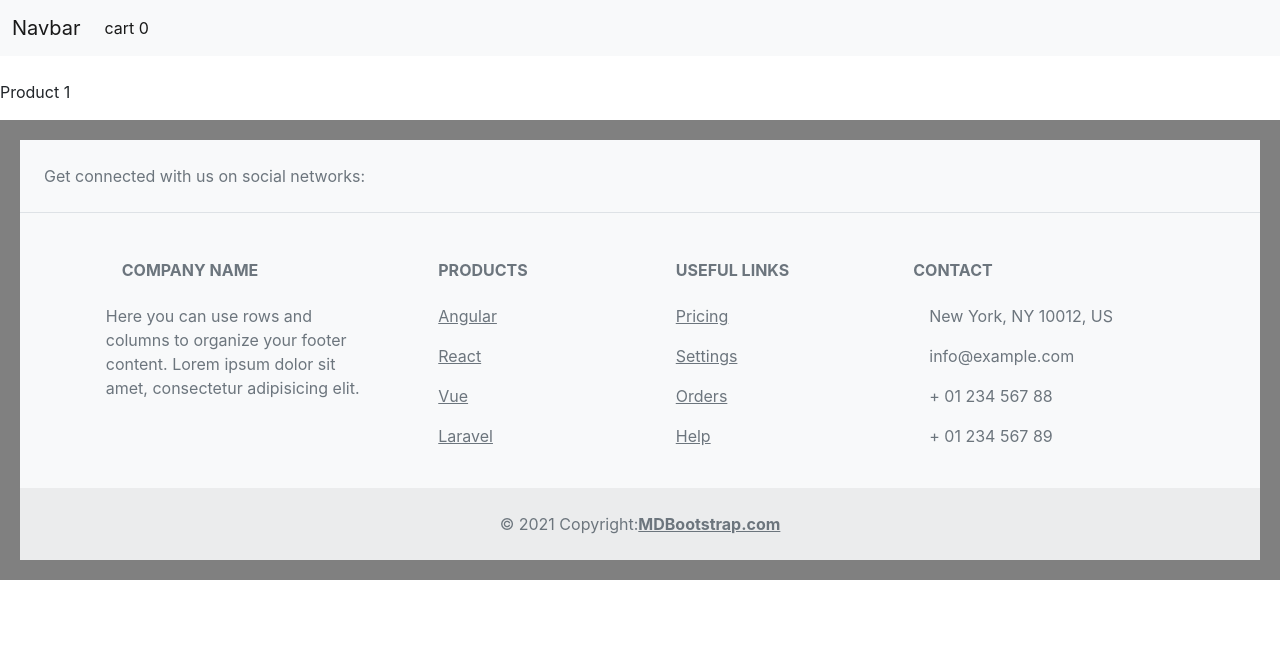
Repository: lausuarez02/eCommerceFull
Page: /#/Product (app in frontEnd/front/)
These files come from the project's save history. The page is drawn as it stood at one moment and after a run of saves; the edit follows.
The browser window is 1280 px wide. The pictures show the whole page.
The project was rebuilt for these pictures with package versions that can differ from the ones it lists, and the page was loaded fresh each time. Also part of the build but not shown: frontEnd/front/src/App.css, frontEnd/front/src/components/HomeScreen.js, frontEnd/front/src/components/Card.js.

Above is the page before, as saved 2021-07-15 20:01:23.

### frontEnd/front/public/index.html
<!DOCTYPE html>
<html lang="en">
  <head>
    <meta charset="utf-8" />
    <link rel="icon" href="%PUBLIC_URL%/favicon.ico" />
    <meta name="viewport" content="width=device-width, initial-scale=1" />
    <meta name="theme-color" content="#000000" />
    <meta
      name="description"
      content="Web site created using create-react-app"
    />
    <link rel="apple-touch-icon" href="%PUBLIC_URL%/logo192.png" />
    <!-- CSS only -->
<link href="https://cdn.jsdelivr.net/npm/bootstrap@5.0.2/dist/css/bootstrap.min.css" rel="stylesheet" integrity="sha384-EVSTQN3/azprG1Anm3QDgpJLIm9Nao0Yz1ztcQTwFspd3yD65VohhpuuCOmLASjC" crossorigin="anonymous">
<!-- JavaScript Bundle with Popper -->
<script src="https://cdn.jsdelivr.net/npm/bootstrap@5.0.2/dist/js/bootstrap.bundle.min.js" integrity="sha384-MrcW6ZMFYlzcLA8Nl+NtUVF0sA7MsXsP1UyJoMp4YLEuNSfAP+JcXn/tWtIaxVXM" crossorigin="anonymous"></script>

    <!--
      manifest.json provides metadata used when your web app is installed on a
      user's mobile device or desktop. See https://developers.google.com/web/fundamentals/web-app-manifest/
    -->
    <link rel="manifest" href="%PUBLIC_URL%/manifest.json" />
    <!--
      Notice the use of %PUBLIC_URL% in the tags above.
      It will be replaced with the URL of the `public` folder during the build.
      Only files inside the `public` folder can be referenced from the HTML.

      Unlike "/favicon.ico" or "favicon.ico", "%PUBLIC_URL%/favicon.ico" will
      work correctly both with client-side routing and a non-root public URL.
      Learn how to configure a non-root public URL by running `npm run build`.
    -->
    <title>Ecommerce</title>
  </head>
  <body>
    <noscript>You need to enable JavaScript to run this app.</noscript>
    <div id="root"></div>
    <!--
      This HTML file is a template.
      If you open it directly in the browser, you will see an empty page.

      You can add webfonts, meta tags, or analytics to this file.
      The build step will place the bundled scripts into the <body> tag.

      To begin the development, run `npm start` or `yarn start`.
      To create a production bundle, use `npm run build` or `yarn build`.
    -->
  </body>
</html>

### frontEnd/front/src/App.js

import './App.css';

import {HashRouter as Router, Switch, Route} from "react-router-dom"

//components
import NavBar from "./components/navBar";
import HomeScreen from "./components/HomeScreen";
import Product from "./components/Product";
import Card from "./components/Card";
import BottomBar from "./components/bottomBar";

function App() {
  return (
    <Router>
      <NavBar/>
    <Switch>
      <Route exact path="/" component={HomeScreen}/>
      <Route exact path="/Card" component={Card}/>
      <Route exact path="/Product" component={Product}/>

    </Switch>
    <BottomBar/>

     {/*HomeScreen */}
       {/*ProductScreen */}
         {/*CardScreen */}
 </Router>
  );
}

export default App;

### frontEnd/front/src/components/navBar.js
import React from "react";
import {Link} from "react-router-dom"

const NavBar = () => {
    return(
        <div>
            <nav class="navbar navbar-expand-lg navbar-light bg-light">
  <div class="container-fluid">
    <Link class="navbar-brand">Navbar</Link>
    <button class="navbar-toggler" type="button" data-bs-toggle="collapse" data-bs-target="#navbarNavDropdown" aria-controls="navbarNavDropdown" aria-expanded="false" aria-label="Toggle navigation">
      <span class="navbar-toggler-icon"></span>
    </button>
    <div class="collapse navbar-collapse" id="navbarNavDropdown">
      <ul class="navbar-nav">
        <li class="nav-item">
          <Link to="/cart" class="nav-link active" aria-current="page">

              cart
          <span className="cartLogo_badge"> 0</span>
          </Link>
        </li>
       {/* <li class="nav-item">
          <Link to="/" class="nav-link">Shop</Link>
    </li>*/}
      </ul>

    </div>
  </div>
</nav>

        </div>
    )
}

export default NavBar;

### frontEnd/front/src/components/Product.js
import React from "react";
const Product = () => {
    return(
        <div>
              <img src="" alt=""/>

              <div>
                  <p>Product 1</p>
                  <p></p>
              </div>
        </div>
    )
}

export default Product;

### frontEnd/front/src/components/bottomBar.js
import React from "react";

const BottomBar = () => {
    return(
        <div style={{ backgroundColor: "grey",

        bottom: 0,
        width: "100%",
        padding: "20px"}}>

            <footer className="text-center text-lg-start bg-light text-muted">

      <section
        className="d-flex justify-content-center justify-content-lg-between p-4 border-bottom"
      >

        <div className="me-5 d-none d-lg-block">
          <span>Get connected with us on social networks:</span>
        </div>

        <div>
          <a href="" className="me-4 text-reset">
            <i className="fab fa-facebook-f"></i>
          </a>
          <a href="" className="me-4 text-reset">
            <i className="fab fa-twitter"></i>
          </a>
          <a href="" className="me-4 text-reset">
            <i className="fab fa-google"></i>
          </a>
          <a href="" className="me-4 text-reset">
            <i className="fab fa-instagram"></i>
          </a>
          <a href="" className="me-4 text-reset">
            <i className="fab fa-linkedin"></i>
          </a>
          <a href="" className="me-4 text-reset">
            <i className="fab fa-github"></i>
          </a>
        </div>

      </section>

      <section className="">
        <div className="container text-center text-md-start mt-5">

          <div className="row mt-3">

            <div className="col-md-3 col-lg-4 col-xl-3 mx-auto mb-4">

              <h6 className="text-uppercase fw-bold mb-4">
                <i className="fas fa-gem me-3"></i>Company name
              </h6>
              <p>
                Here you can use rows and columns to organize your footer content. Lorem ipsum
                dolor sit amet, consectetur adipisicing elit.
              </p>
            </div>

            <div className="col-md-2 col-lg-2 col-xl-2 mx-auto mb-4">

              <h6 className="text-uppercase fw-bold mb-4">
                Products
              </h6>
              <p>
                <a href="#!" className="text-reset">Angular</a>
              </p>
              <p>
                <a href="#!" className="text-reset">React</a>
              </p>
              <p>
                <a href="#!" className="text-reset">Vue</a>
              </p>
              <p>
                <a href="#!" className="text-reset">Laravel</a>
              </p>
            </div>

            <div className="col-md-3 col-lg-2 col-xl-2 mx-auto mb-4">

              <h6 className="text-uppercase fw-bold mb-4">
                Useful links
              </h6>
              <p>
                <a href="#!" className="text-reset">Pricing</a>
              </p>
              <p>
                <a href="#!" className="text-reset">Settings</a>
              </p>
              <p>
                <a href="#!" className="text-reset">Orders</a>
              </p>
              <p>
                <a href="#!" className="text-reset">Help</a>
              </p>
            </div>

            <div className="col-md-4 col-lg-3 col-xl-3 mx-auto mb-md-0 mb-4">
            <h6 className="text-uppercase fw-bold mb-4">
                Contact
              </h6>
              <p><i className="fas fa-home me-3"></i> New York, NY 10012, US</p>
              <p>
                <i className="fas fa-envelope me-3"></i>
                info@example.com
              </p>
              <p><i className="fas fa-phone me-3"></i> + 01 234 567 88</p>
              <p><i className="fas fa-print me-3"></i> + 01 234 567 89</p>
            </div>

          </div>

        </div>
      </section>

      <div className="text-center p-4" style={{backgroundColor: "rgba(0, 0, 0, 0.05)"}}>
        © 2021 Copyright:
        <a className="text-reset fw-bold" href="https://mdbootstrap.com/">MDBootstrap.com</a>
      </div>

    </footer>
    </div>
    )
}

export default BottomBar;

Loaded but not shown: frontEnd/front/src/index.js (common file); frontEnd/front/src/index.css (common file); frontEnd/front/src/reportWebVitals.js (common file)

After the next 2 saves:
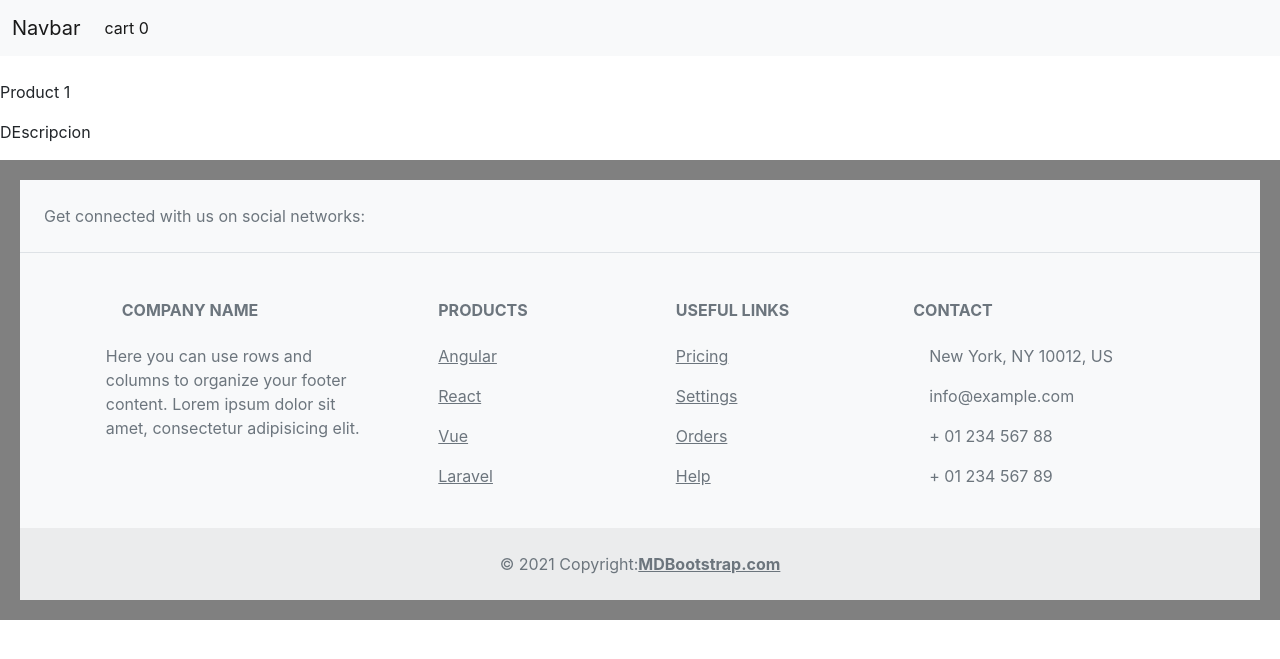
The 2 saves are shown as one change because they came seconds apart.
The last was saved 8 s later.
--- a/frontEnd/front/src/components/Product.js
+++ b/frontEnd/front/src/components/Product.js
@@ -6,7 +6,9 @@ const Product = () => {
 
               <div>
                   <p>Product 1</p>
-                  <p></p>
+                  <p>
+                      DEscripcion
+                  </p>
               </div>
         </div>
     )
